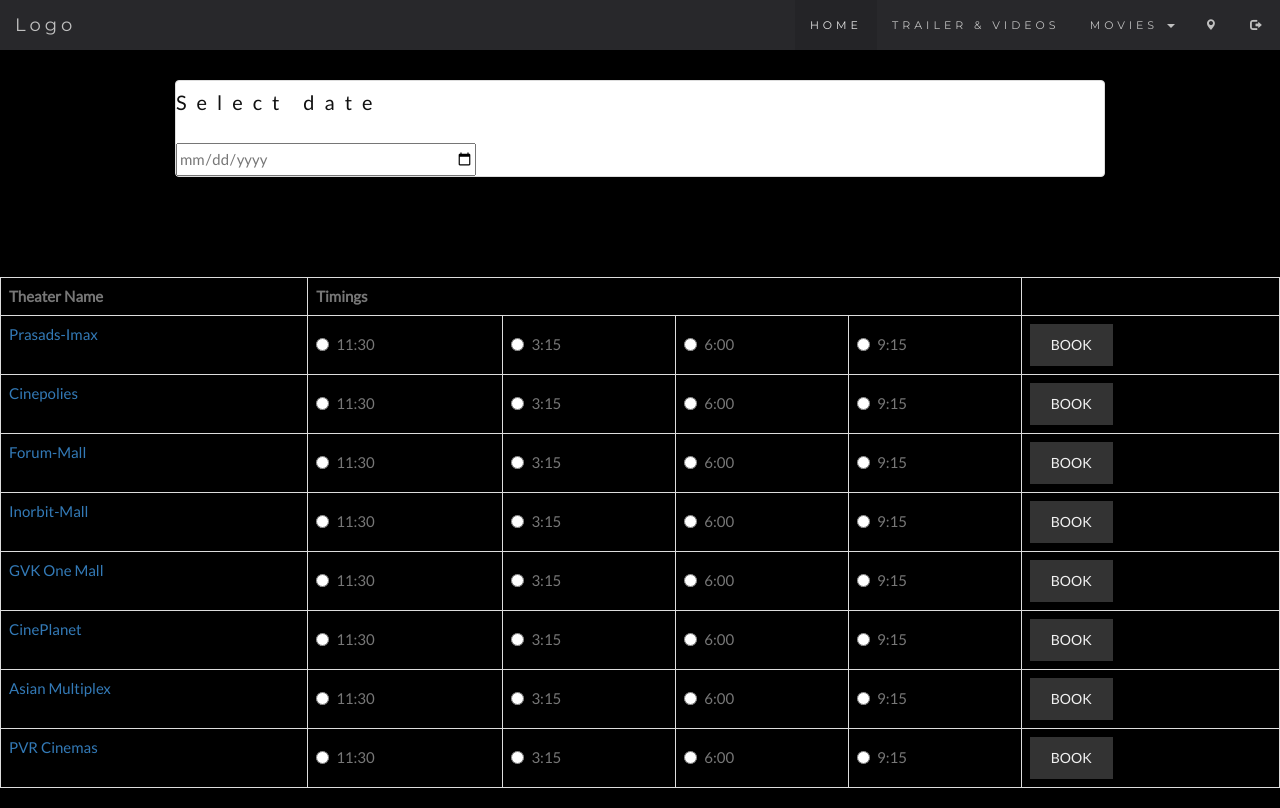
Repository: kalidindibhargavi/BVRIT_GrabATicket.com
Page: http://localhost/Grab/theatersView.jsp
An editor plug-in stored every save of this project. The page is shown before and after the next save, followed by the edit.
The browser window is 1280 px wide. The pictures show the whole page.
Some web libraries are served in a nearby version. The page is served by Tomcat 9.

Above is the page before, as saved 2016-06-05 06:57:19.

After the next save:
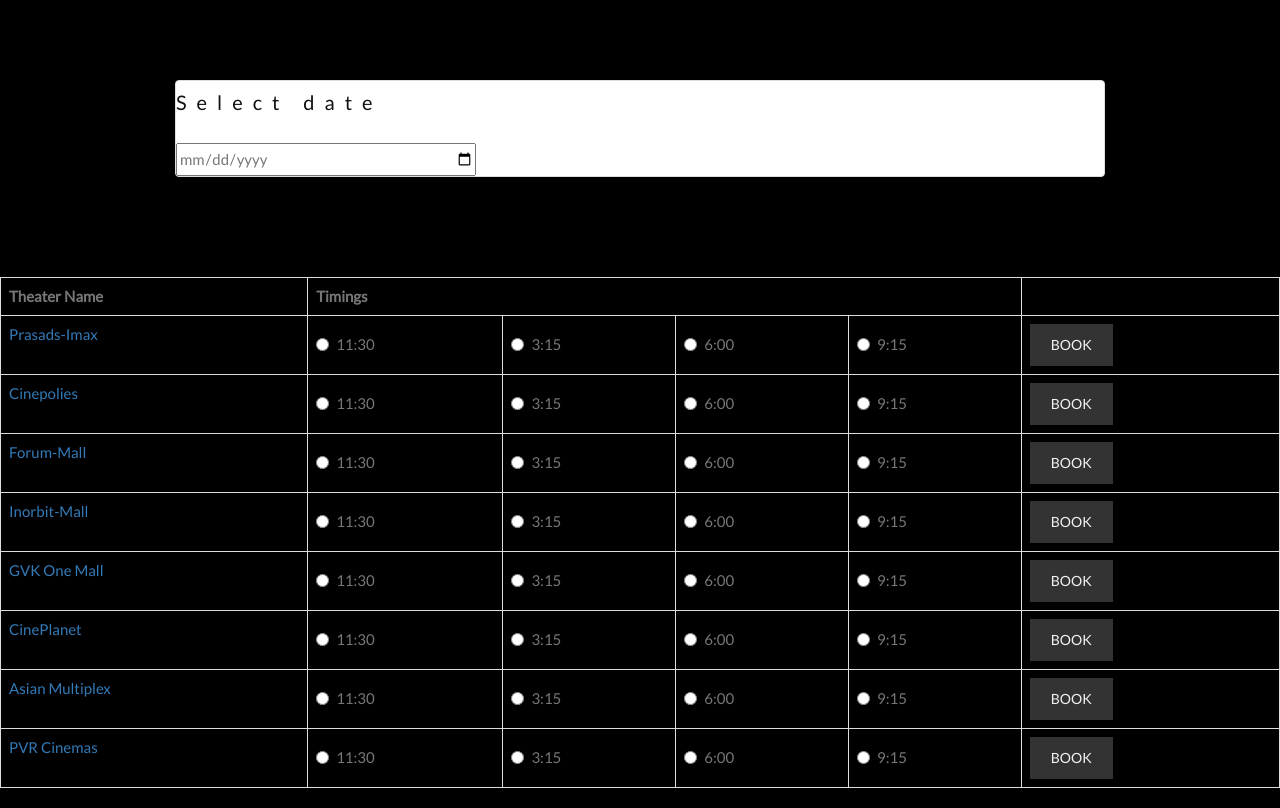
Console error: TypeError: $(...).validate is not a function
Saved 8 min 55 s later.
--- a/Grab/WebContent/theatersView.jsp
+++ b/Grab/WebContent/theatersView.jsp
@@ -177,43 +177,18 @@
 			});
 		})
 	}
+
+	$('#psw').validate({rules: {
+        id_material : {
+            required : true,
+            maxNumber : "+5",
+            minNumber : "+0"
+        }
+    }});
 </script>
 </head>
 <body id="myPage" data-spy="scroll" data-target=".navbar" data-offset="50">
 
-<nav class="navbar navbar-default navbar-fixed-top">
-  <div class="container-fluid">
-    <div class="navbar-header">
-      <button type="button" class="navbar-toggle" data-toggle="collapse" data-target="#myNavbar">
-        <span class="icon-bar"></span>
-        <span class="icon-bar"></span>
-        <span class="icon-bar"></span>
-      </button>
-      <a class="navbar-brand" href="#myPage">Logo</a>
-    </div>
-    <div class="collapse navbar-collapse" id="myNavbar">
-      <ul class="nav navbar-nav navbar-right">
-        <li><a href="#myPage">HOME</a></li>
-
-        <li><a href="trailersView.jsp">TRAILER & VIDEOS</a></li>
-
-
-        <li class="dropdown">
-          <a class="dropdown-toggle" data-toggle="dropdown" href="#">MOVIES          <span class="caret"></span></a>
-          <ul class="dropdown-menu">
-            <li><a href="telmoviesView.jsp">Telugu</a></li>
-            <li><a href="hinmoviesView.jsp">Hindi</a></li>
-            <li><a href="engmoviesView.jsp">English</a></li>
-          </ul>
-        </li>
-            <li>  <a href="#"><span class="glyphicon glyphicon-map-marker"></span></a></li>
-            <li><a href="LoginView.jsp"><span class="glyphicon glyphicon-log-out"></span></a></li>
-      </ul>
-
-
-    </div>
-  </div>
-</nav>
 <div class="container">
   <div class="panel panel-default">
   <h3>Select date</h3><input type=date placeholder="Select Date" id=date style="width: 300px" name="date">
